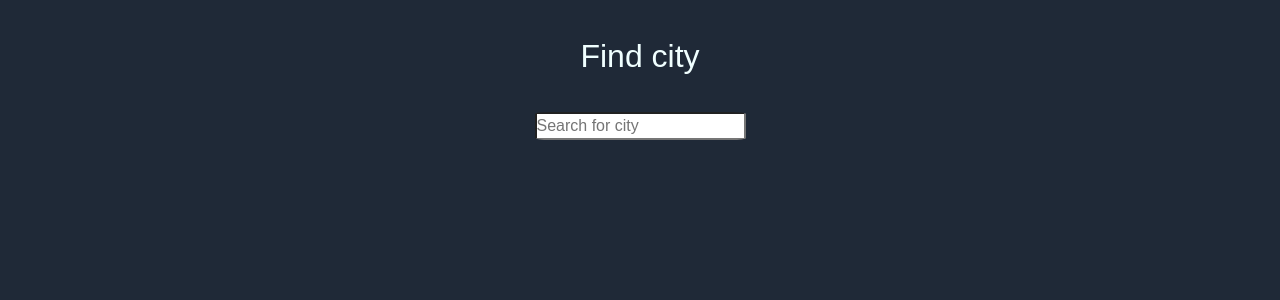
Repository: dung8466/Javascript30
Page: Pratice axios/index.html
An editor plug-in stored every save of this project. The page is shown before and after the next save, followed by the edit.
The browser window is 1280 px wide. The pictures show the whole page.

Above is the page before, as saved 2022-07-20 16:12:31.

After the next save:
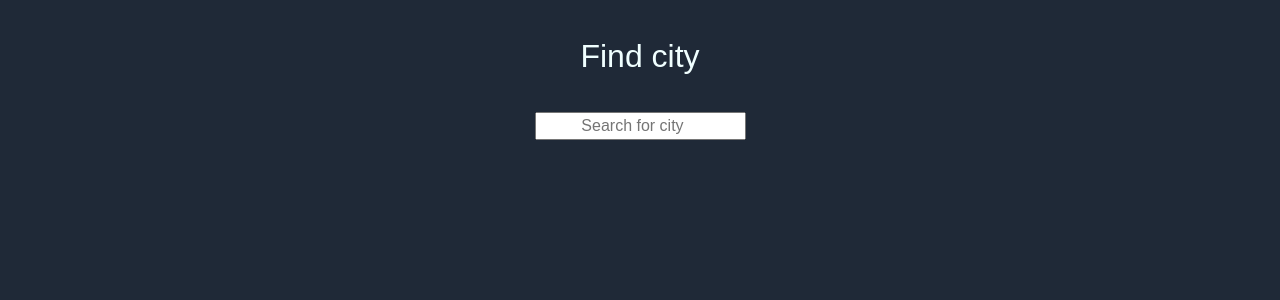
Saved 12 s later.
--- a/Pratice axios/style.css
+++ b/Pratice axios/style.css
@@ -26,5 +26,5 @@ header{
 }
 
 #input{
-    border-radius: 7%;
+    text-align: center;
 }
